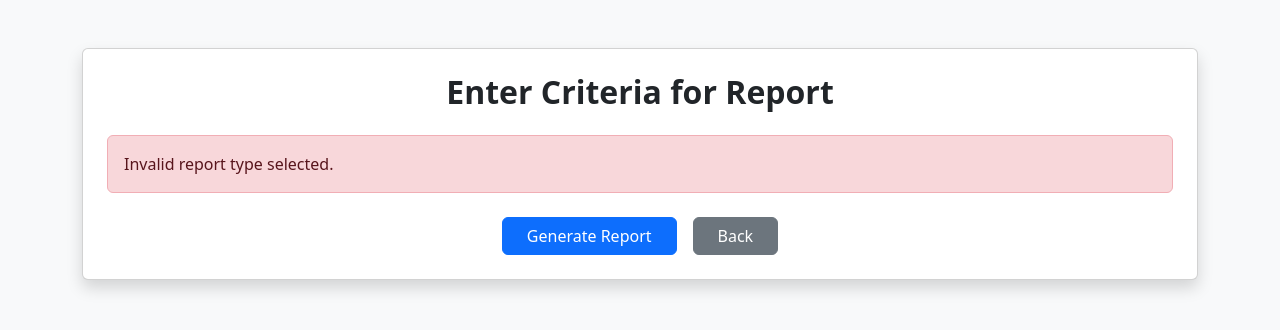
Repository: srushtinb/ProductManagementSystem
Page: http://localhost/ProductManagementSystem/report_form.jsp
These files come from the project's save history. The page is drawn as it stood at one moment and after the next save; the edit follows.
The browser window is 1280 px wide. The pictures show the whole page.
Some web libraries are served in a nearby version. The page is served by Tomcat 9.

Above is the page before, as saved 2025-05-27 20:38:15.

After the next save:
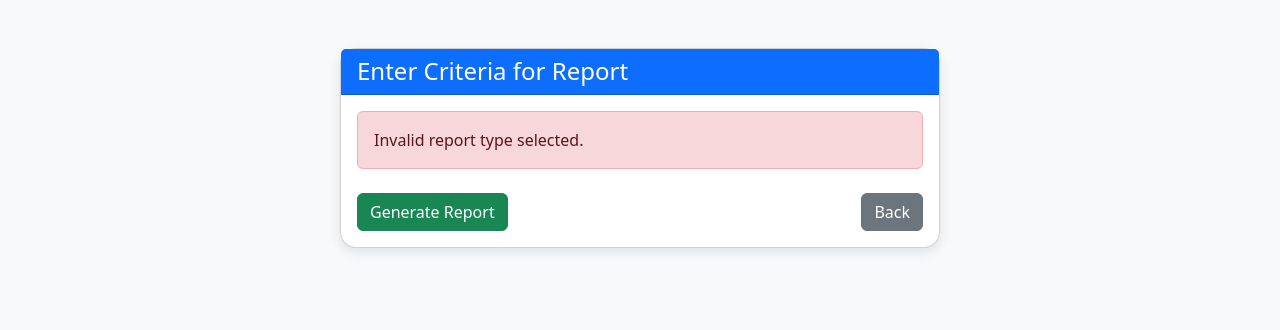
Saved 2 min 2 s later.
--- a/ProductManagementSystem/src/main/webapp/report_form.jsp
+++ b/ProductManagementSystem/src/main/webapp/report_form.jsp
@@ -6,68 +6,72 @@
 <html lang="en">
 <head>
     <title>Report Criteria</title>
-    <link href="https://cdn.jsdelivr.net/npm/bootstrap@5.4.3/dist/css/bootstrap.min.css" rel="stylesheet">
+    <link href="https://cdn.jsdelivr.net/npm/bootstrap@5.3.0/dist/css/bootstrap.min.css" rel="stylesheet">
+    <style>
+        body {
+            background-color: #f8f9fa;
+        }
+        .card {
+            border-radius: 1rem;
+            box-shadow: 0 4px 12px rgba(0, 0, 0, 0.1);
+        }
+    </style>
 </head>
-<body class="bg-light">
-<div class="container py-5">
-    <div class="card shadow p-4">
-        <h2 class="text-center fw-bold mb-4">Enter Criteria for Report</h2>
+<body>
 
-        <form action="ReportServlet" method="post" class="needs-validation" novalidate>
-            <input type="hidden" name="type" value="<%= type %>"/>
-            <%
-                if ("price".equals(type)) {
-            %>
-                <div class="mb-3">
-                    <label for="price" class="form-label">Price Greater Than ($)</label>
-                    <input type="number" step="0.01" class="form-control" id="price" name="price" required min="0">
-                    <div class="invalid-feedback">Please enter a valid price.</div>
+<div class="container mt-5">
+    <div class="card mx-auto" style="max-width: 600px;">
+        <div class="card-header bg-primary text-white">
+            <h4 class="mb-0">Enter Criteria for Report</h4>
+        </div>
+        <div class="card-body">
+            <form action="ReportServlet" method="post" class="needs-validation" novalidate>
+                <input type="hidden" name="type" value="<%= type %>"/>
+
+                <% if ("price".equals(type)) { %>
+                    <div class="mb-3">
+                        <label for="price" class="form-label">Price Greater Than ($)</label>
+                        <input type="number" step="0.01" class="form-control" id="price" name="price" required min="0">
+                        <div class="invalid-feedback">Please enter a valid price.</div>
+                    </div>
+                <% } else if ("category".equals(type)) { %>
+                    <div class="mb-3">
+                        <label for="category" class="form-label">Category</label>
+                        <input type="text" class="form-control" id="category" name="category" required maxlength="50">
+                        <div class="invalid-feedback">Please enter a category.</div>
+                    </div>
+                <% } else if ("top".equals(type)) { %>
+                    <div class="mb-3">
+                        <label for="limit" class="form-label">Top N Products (by Quantity)</label>
+                        <input type="number" class="form-control" id="limit" name="limit" required min="1" max="100">
+                        <div class="invalid-feedback">Please enter a valid number between 1 and 100.</div>
+                    </div>
+                <% } else { %>
+                    <div class="alert alert-danger">Invalid report type selected.</div>
+                <% } %>
+
+                <div class="d-flex justify-content-between mt-4">
+                    <button type="submit" class="btn btn-success">Generate Report</button>
+                    <a href="reports.jsp" class="btn btn-secondary">Back</a>
                 </div>
-            <%
-                } else if ("category".equals(type)) {
-            %>
-                <div class="mb-3">
-                    <label for="category" class="form-label">Category</label>
-                    <input type="text" class="form-control" id="category" name="category" required maxlength="50">
-                    <div class="invalid-feedback">Please enter a category.</div>
-                </div>
-            <%
-                } else if ("top".equals(type)) {
-            %>
-                <div class="mb-3">
-                    <label for="limit" class="form-label">Top N Products (by Quantity)</label>
-                    <input type="number" class="form-control" id="limit" name="limit" required min="1" max="100">
-                    <div class="invalid-feedback">Please enter a valid number between 1 and 100.</div>
-                </div>
-            <%
-                } else {
-            %>
-                <div class="alert alert-danger">Invalid report type selected.</div>
-            <%
-                }
-            %>
-
-            <div class="d-flex justify-content-center mt-4">
-                <button type="submit" class="btn btn-primary px-4">Generate Report</button>
-                <a href="reports.jsp" class="btn btn-secondary ms-3 px-4">Back</a>
-            </div>
-        </form>
+            </form>
+        </div>
     </div>
 </div>
 
 <script>
 (() => {
-  'use strict';
-  const forms = document.querySelectorAll('.needs-validation');
-  Array.from(forms).forEach(form => {
-    form.addEventListener('submit', event => {
-      if (!form.checkValidity()) {
-        event.preventDefault();
-        event.stopPropagation();
-      }
-      form.classList.add('was-validated');
-    }, false);
-  });
+    'use strict';
+    const forms = document.querySelectorAll('.needs-validation');
+    Array.from(forms).forEach(form => {
+        form.addEventListener('submit', event => {
+            if (!form.checkValidity()) {
+                event.preventDefault();
+                event.stopPropagation();
+            }
+            form.classList.add('was-validated');
+        }, false);
+    });
 })();
 </script>
 
